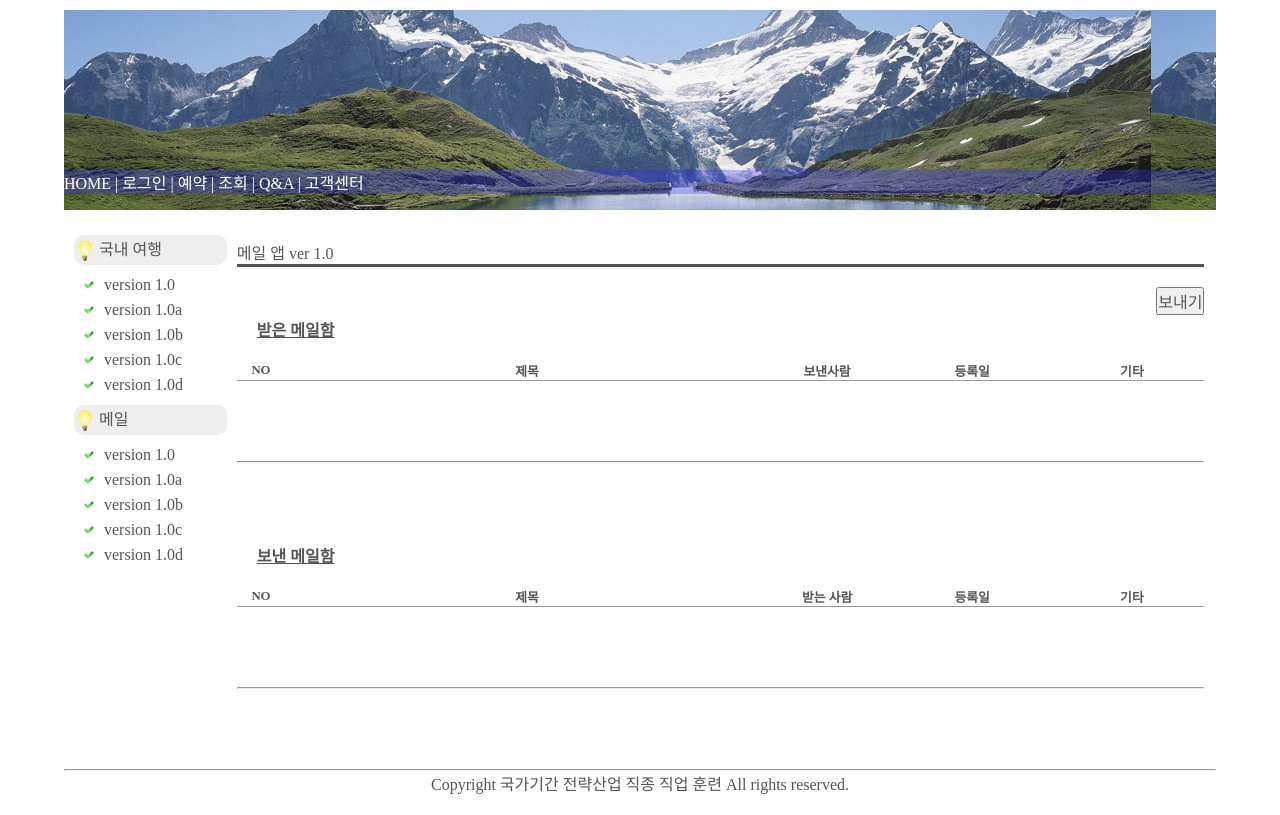
Repository: jangky000/ai_web
Page: http://localhost/blog_v2jc/mail_app/list.jsp
An editor plug-in stored every save of this project. The page is shown before and after the next save, followed by the edit.
The browser window is 1280 px wide. The pictures show the whole page.
The page is served by Tomcat 9. Queries for data that is not in the repository find no rows.

Above is the page before, as saved 2020-03-27 06:51:55.

After the next save:
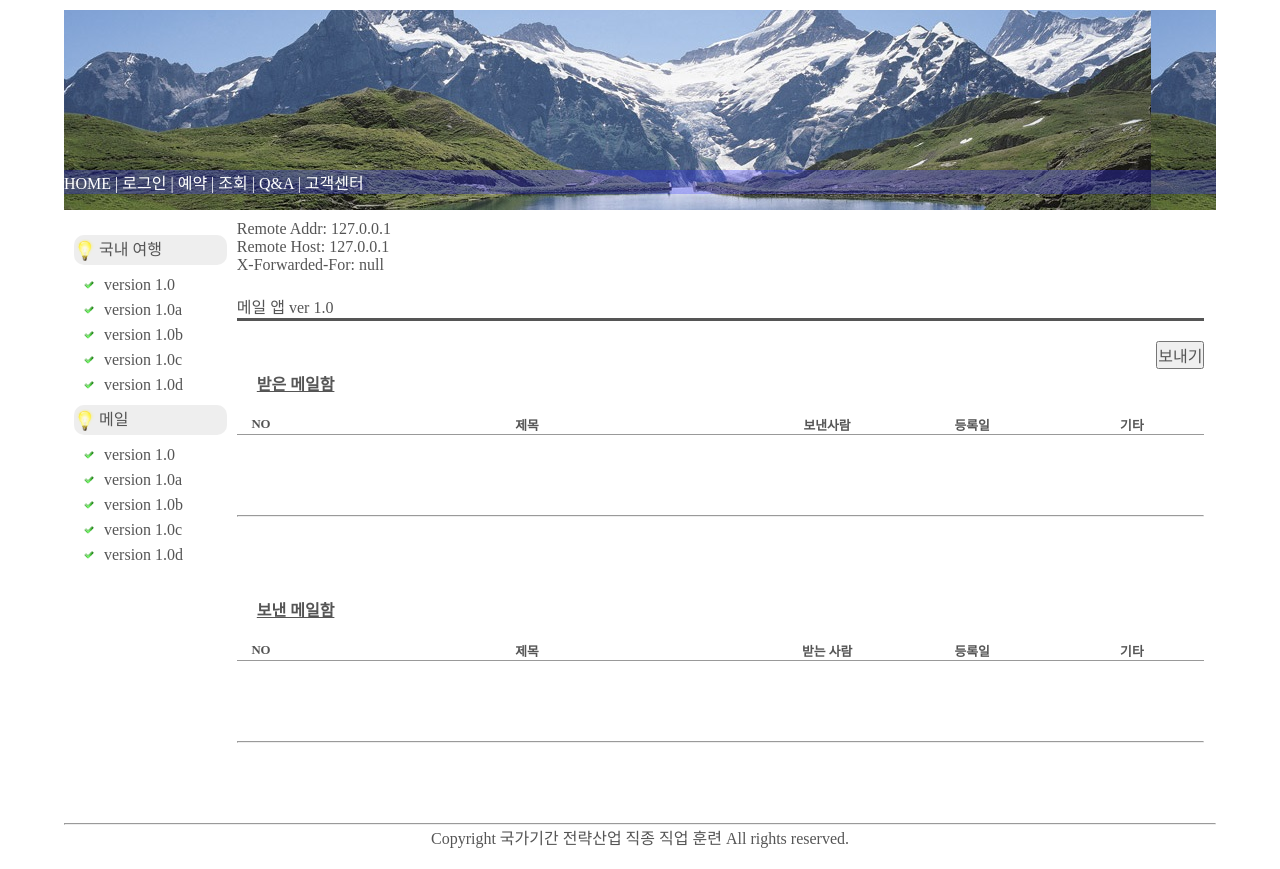
Saved 90 s later.
--- a/ws__frame/blog_v2jc/WebContent/mail_app/list.jsp
+++ b/ws__frame/blog_v2jc/WebContent/mail_app/list.jsp
@@ -42,6 +42,13 @@ String password = "1234";
 </head>
 <body>
 <jsp:include page="/menu/top.jsp" flush='false' />
+
+<%
+out.print("<p>Remote Addr: " + request.getRemoteAddr() + "</p>");
+out.print("<p>Remote Host: " + request.getRemoteHost() + "</p>");
+out.print("<p>X-Forwarded-For: " + request.getHeader("x-forwarded-for") + "</p>");
+%>
+
   <div class="title_line">메일 앱 ver 1.0</div>
   <div class="sub_menu">
     <button type="button" onclick="location.href='./create_form.jsp'">보내기</button>
